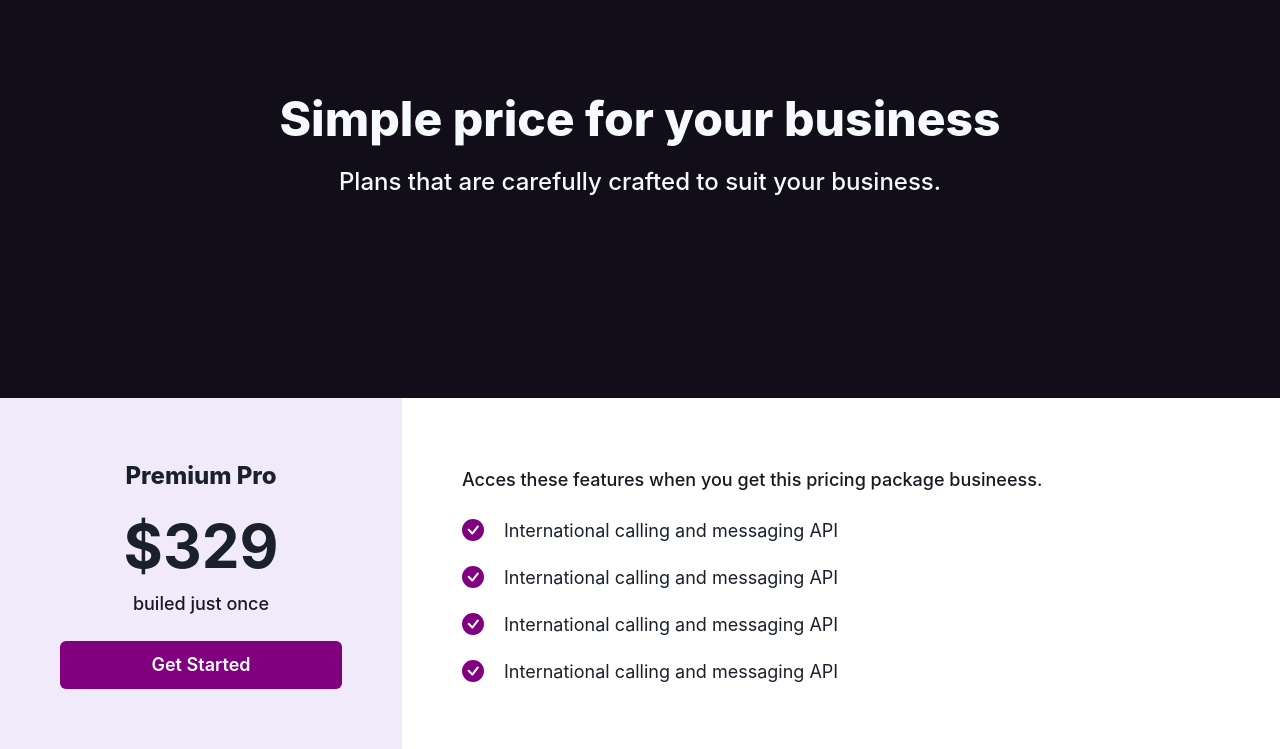
Repository: noutijo/learn-in-depth-chakra-ui
Page: /
The author's editor kept a copy of each file at every save. The page is drawn from the files as they stood at one save, then again after the next save.
The browser window is 1280 px wide. The pictures show the whole page.
The project was rebuilt for these pictures with package versions that can differ from the ones it lists, and the page was loaded fresh each time. Also part of the build but not shown: vite.config.ts.

Above is the page before, as saved 2023-01-30 16:10:00.

### src/main.tsx
import React from 'react'
import ReactDOM from 'react-dom/client'
import App from './App'
import { ChakraProvider } from "@chakra-ui/react"

ReactDOM.createRoot(document.getElementById('root') as HTMLElement).render(
  <ChakraProvider>
  <React.StrictMode>
    <App />
  </React.StrictMode>
  </ChakraProvider>,
)

### src/App.tsx
//import './App.css'
import "./App.css";
import { Box, Flex, Stack, VStack, HStack } from "@chakra-ui/react";
import { Header  } from "./components/Header";
import { Pricing } from "./components/Pricing";

export default function App() {
  return (
    <div className="App">
      <Box>
        <Header />
        <Pricing />
      </Box>
    </div>
  );
}

### src/App.css
#root {
  max-width: 1280px;
  margin: 0 auto;
  text-align: center;
}

.logo {
  height: 6em;
  padding: 1.5em;
  will-change: filter;
}
.logo:hover {
  filter: drop-shadow(0 0 2em #646cffaa);
}
.logo.react:hover {
  filter: drop-shadow(0 0 2em #61dafbaa);
}

@keyframes logo-spin {
  from {
    transform: rotate(0deg);
  }
  to {
    transform: rotate(360deg);
  }
}

@media (prefers-reduced-motion: no-preference) {
  a:nth-of-type(2) .logo {
    animation: logo-spin infinite 20s linear;
  }
}

.card {
  padding: 2em;
}

.read-the-docs {
  color: #888;
}

### src/components/Header.tsx
//import './App.css'
import { Box, Heading, Text, Flex } from "@chakra-ui/react";

export function Header() {
  return (
    <Box
      as="section"
      color="#F7FAFC"
      bg="#120E19"
      pt="90px"
      pb="198px"
      px="32px">
      <Heading fontWeight={800} fontSize={"48px"}>
        Simple price for your business
      </Heading>
      <Text fontWeight={500} fontSize={"24px"} mt="16px">
        Plans that are carefully crafted to suit your business.
      </Text>
    </Box>
  );
}

### src/components/Pricing.tsx
//import './App.css'
import { Box, Heading, Text, Flex, Button, HStack,Stack, Icon } from "@chakra-ui/react"
import { BsCheckCircleFill } from "react-icons/bs"

export const ListItem = (props:any)=>{
    const {children, ...rest } = props
    return (
      <HStack as="li" spacing="20px" {...rest}>
        <Icon as={BsCheckCircleFill}  w="22px" h="22px" color="purple"/>
        <Text>{children}</Text>
      </HStack>
    );
}

export function Pricing() {
  return (
    <Box maxW="" m="auto">
      <Flex>
        <Box bg="#f0eafb" p="60px">
          <Text fontSize="24px" fontWeight="800">
            Premium Pro
          </Text>
          <Heading as="h3" fontSize="60px" mt="16px">
            $329
          </Heading>
          <Text fontSize="18px" fontWeight="500" color="#171923" mt="8px">
            builed just once
          </Text>
          <Button
            bg="purple"
            color="white"
            size={"lg"}
            w="282px"
            mt="24px"
            _hover={{ backgrounColor: "purple", color: "#F7FAFC" }}>
            Get Started
          </Button>
        </Box>

        <Box p="60px" fontSize="18px">
            <Text fontSize="18px" fontWeight="500" color="#171923" mt="8px">
            Acces these features when you get this pricing package busineess.
          </Text>
          <Stack as="ul" spacing="20px" pt="24px">
           <ListItem>International calling and messaging API</ListItem>
           <ListItem>International calling and messaging API</ListItem>
           <ListItem>International calling and messaging API</ListItem>
           <ListItem>International calling and messaging API</ListItem>
          </Stack>
        </Box>
      </Flex>
    </Box>
  )
}

Loaded but not shown: index.html (common file)

After the next save:
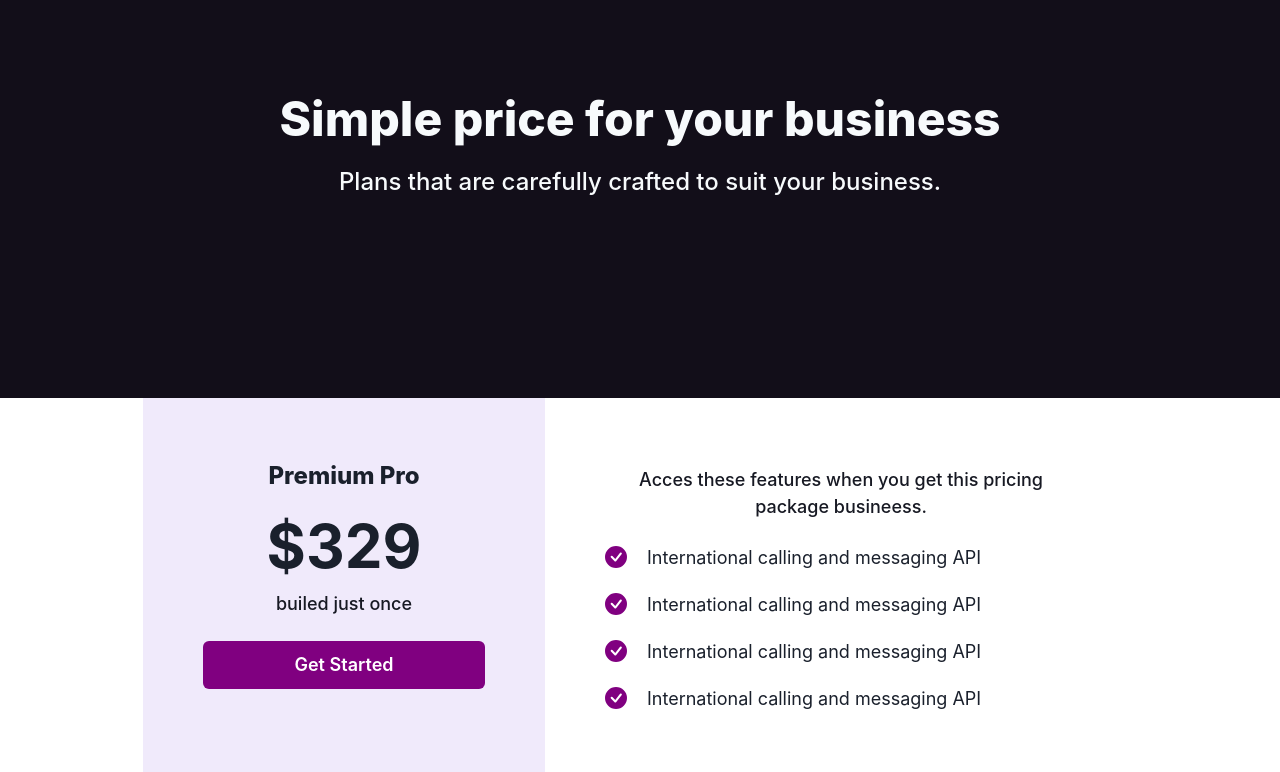
Saved 16 s later.
--- a/src/components/Pricing.tsx
+++ b/src/components/Pricing.tsx
@@ -14,7 +14,7 @@ export const ListItem = (props:any)=>{
 
 export function Pricing() {
   return (
-    <Box maxW="" m="auto">
+    <Box maxW="994px" m="auto">
       <Flex>
         <Box bg="#f0eafb" p="60px">
           <Text fontSize="24px" fontWeight="800">
